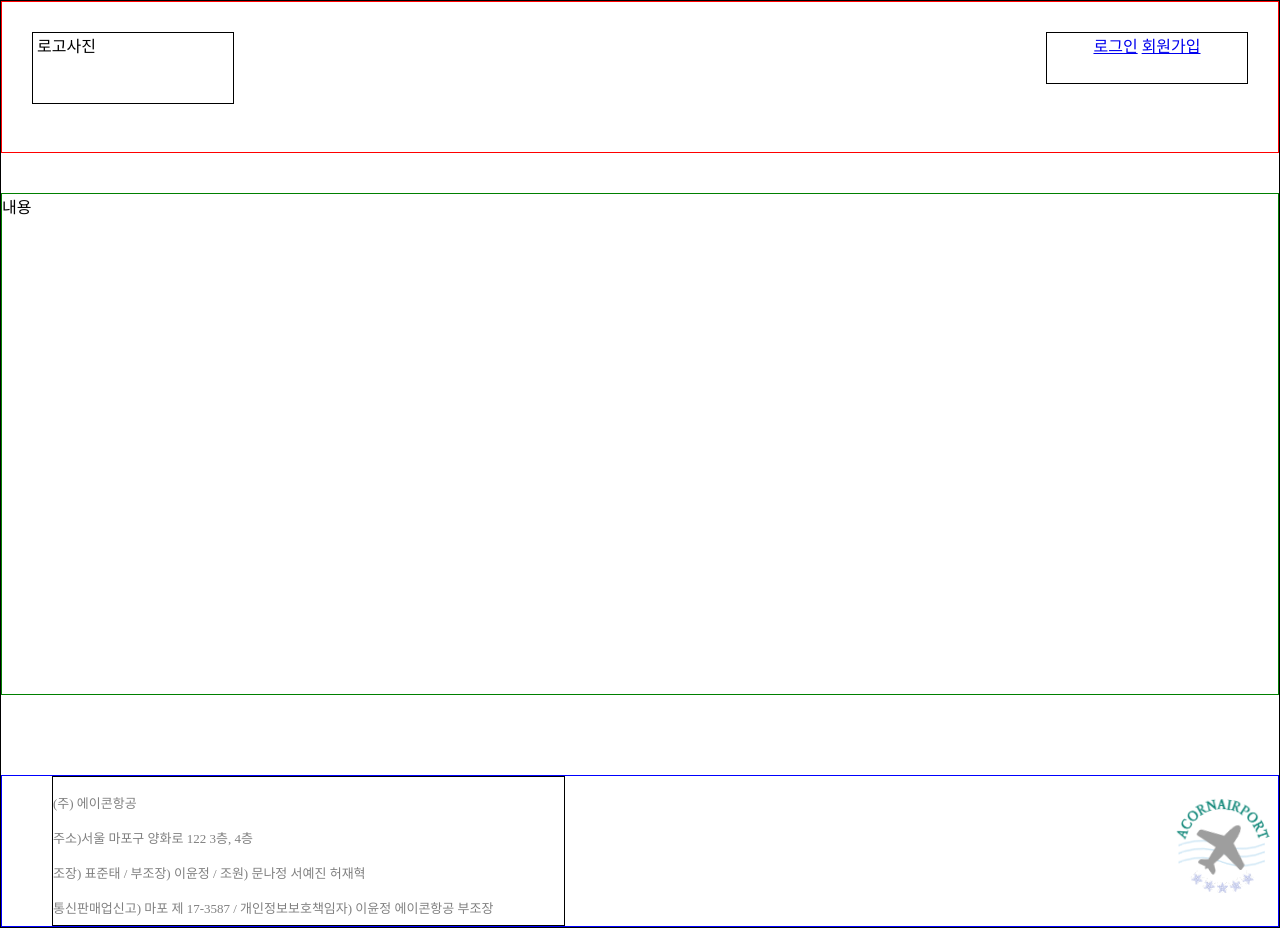
Repository: juntae710/Acorn_AirlineReservation_Project
Page: http://localhost/prj3_1/WEB-INF/views/h_index.jsp
The author's editor kept a copy of each file at every save. The page is drawn from the files as they stood at one save, then again after the next save.
The browser window is 1280 px wide. The pictures show the whole page.
The page is served by Tomcat 9. Nobody is signed in. Other server files are loaded and not shown. The template is opened directly, without the code that normally fills it, so the values that code supplies are empty.

Above is the page before, as saved 2023-09-20 02:04:50.

### Eclipse/prj3_1/src/main/webapp/WEB-INF/views/h_index.jsp
<%@ page language="java" contentType="text/html; charset=UTF-8"
	pageEncoding="UTF-8"%>
<!DOCTYPE html>
<html>
<head>
<meta charset="UTF-8">
<title>Insert title here</title>
<style>
* {
	margin: 0;
}

main {
	border: 1px solid black;
}

header {
	border: 1px solid red;
	height: 150px;
	display: flex;
	position: relative;

}

.headerimg {
	width: 200px;
	height: 70px;
	border: 1px solid black;
	position: absolute;
	left: 30px;
	top: 30px;
}

.headerAtag {
	width: 200px;
	height: 50px;
	border: 1px solid black;
	position: absolute;
	right: 30px;
	top: 30px;
	text-align: center;
}

section {
	border: 1px solid green;
	height: 500px;
	margin-top: 40px;
}

footer {
	border: 1px solid blue;
	height: 150px;
	margin-top: 80px;
	margin-bottom: 0px;
	display: flex;
}

.footer_info {
	border: 1px solid black;
	margin-left: 50px;
	width: 1000px;
	font-size: 13px;
	color: gray;
}

.footer_img {
	width: 200px;
	height: 100px;
	margin-left: 600px;
	margin-top: 13px;
}
</style>
</head>
<body>
	<main>
		<header>
			<div class="headerimg">
				<img src="" alt=""> 로고사진
			</div>

			<%
			String id = (String) session.getAttribute("id");
			%>

			<div class="headerAtag">
				<%
				if (id == null) {
				%>
				<a href="<%=request.getContextPath()%>/h_login">로그인</a>
				<%

				%>
				<a href="<%=request.getContextPath()%>/l_join">회원가입</a>
				<%
				} else {
				%>
				<p>
					아이디:
					<%=id%>님
				</p>
				<a href="<%=request.getContextPath()%>/h_logOut">로그아웃</a> <a
					href="<%=request.getContextPath()%>/UUA.do">마이페이지</a>

				<%
				}
				%>
			</div>

		</header>

		<section>내용</section>



		<footer>
			<div class="footer_info">
				<br>(주) 에이콘항공 <br>
				<br> 주소)서울 마포구 양화로 122 3층, 4층 <br>
				<br> 조장) 표준태 / 부조장) 이윤정 / 조원) 문나정 서예진 허재혁 <br>
				<br> 통신판매업신고) 마포 제 17-3587 / 개인정보보호책임자) 이윤정 에이콘항공 부조장
			</div>
			<div class="footer_img">
				<img alt="이미지" src="<%=request.getContextPath()%>/img/acornairport.png">
			</div>
		</footer>
	</main>
</body>
</html>

After the next save:
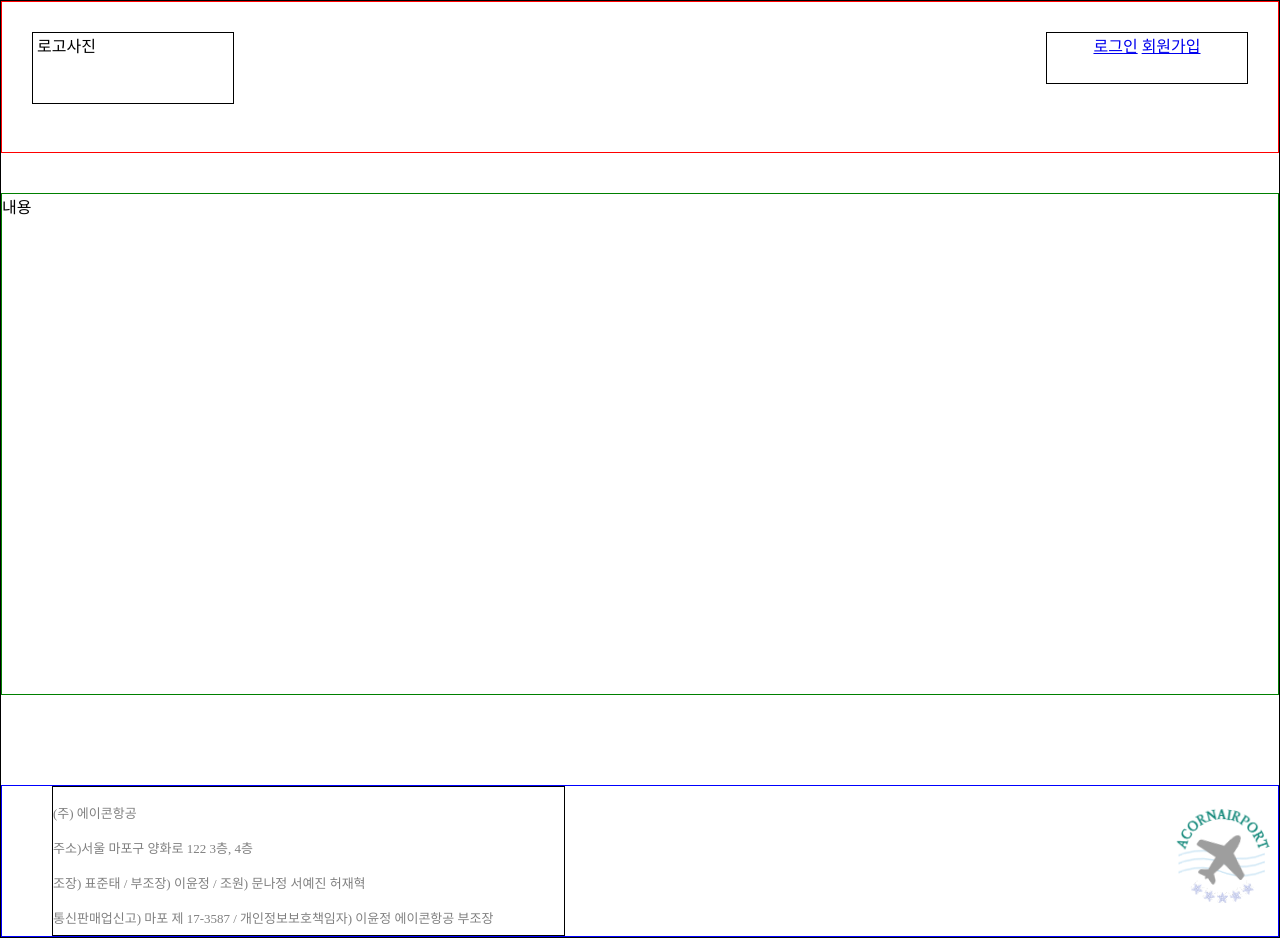
Saved 6 s later.
--- a/Eclipse/prj3_1/src/main/webapp/WEB-INF/views/h_index.jsp
+++ b/Eclipse/prj3_1/src/main/webapp/WEB-INF/views/h_index.jsp
@@ -50,7 +50,7 @@ section {
 footer {
 	border: 1px solid blue;
 	height: 150px;
-	margin-top: 80px;
+	margin-top: 90px;
 	margin-bottom: 0px;
 	display: flex;
 }
